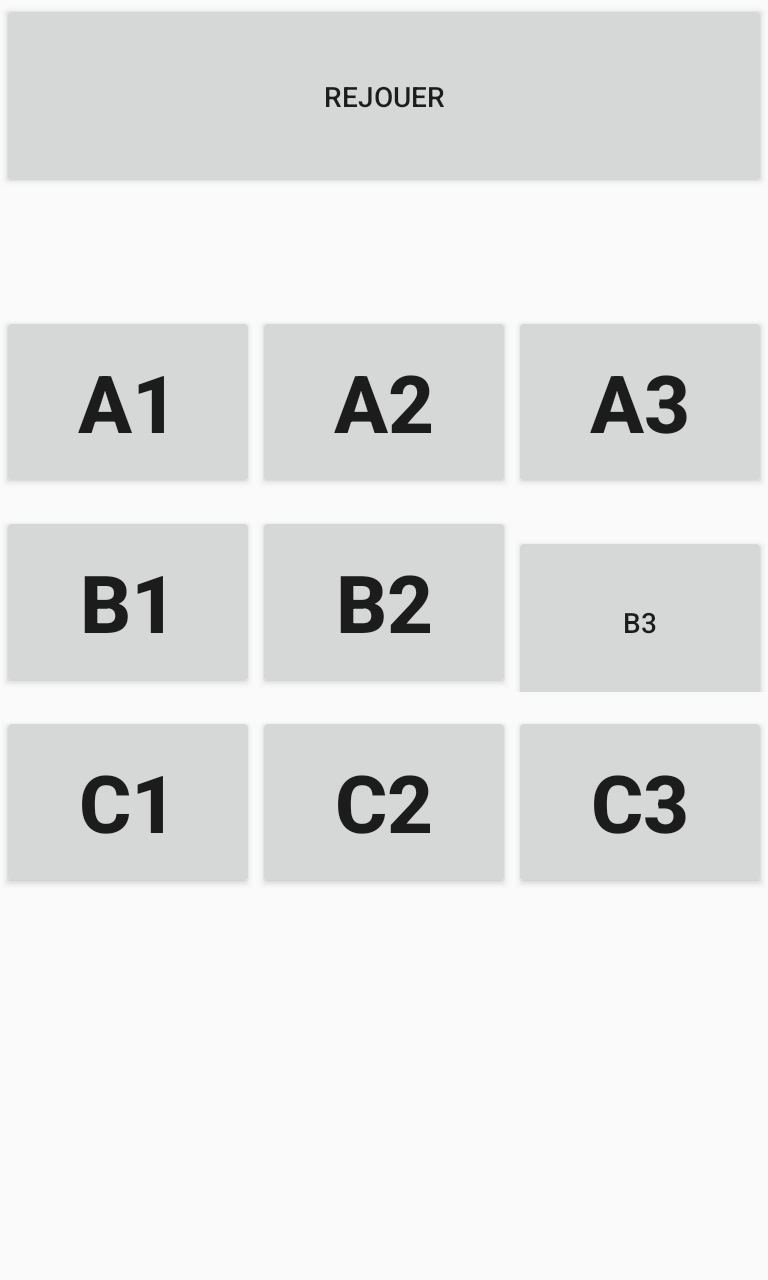
Repository: chakrinamo/Projet_S4_TicTacToe
Layout: Tic_Tac_Toe/res/layout/activity_main.xml
An editor plug-in stored every save of this project. The layout is shown before and after the next save, followed by the edit.
It is drawn on a 768 x 1280 px phone screen (xhdpi) without system bars, with theme AppTheme; the app's code is not run.

Above is the layout before, as saved 2015-02-24 05:57:21.

After the next save:
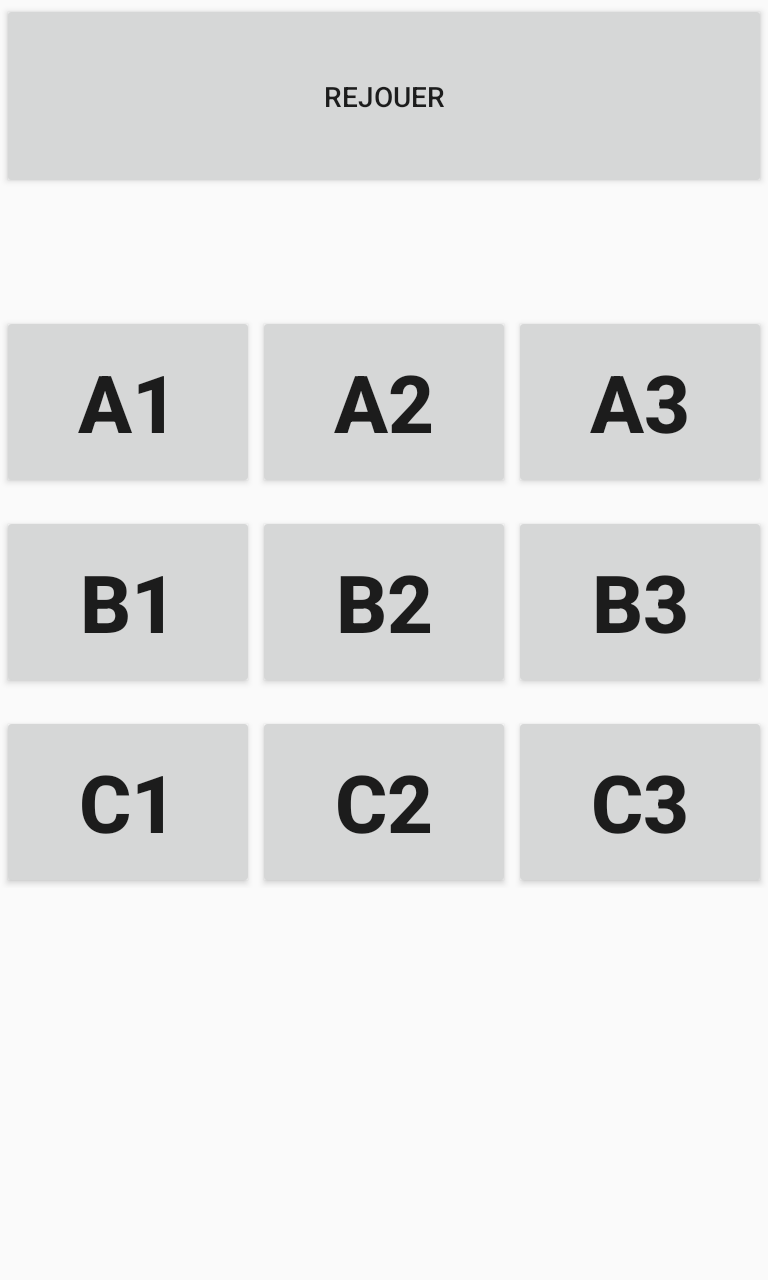
Saved 89 s later.
--- a/Tic_Tac_Toe/res/layout/activity_main.xml
+++ b/Tic_Tac_Toe/res/layout/activity_main.xml
@@ -82,7 +82,9 @@
             android:layout_width="fill_parent"
             android:layout_height="90dp"
             android:layout_weight="1"
-            android:text="B3"/>
+            android:text="B3"
+            android:textSize="40dp"
+            android:textStyle="bold"/>
     </LinearLayout>
 
     <LinearLayout
